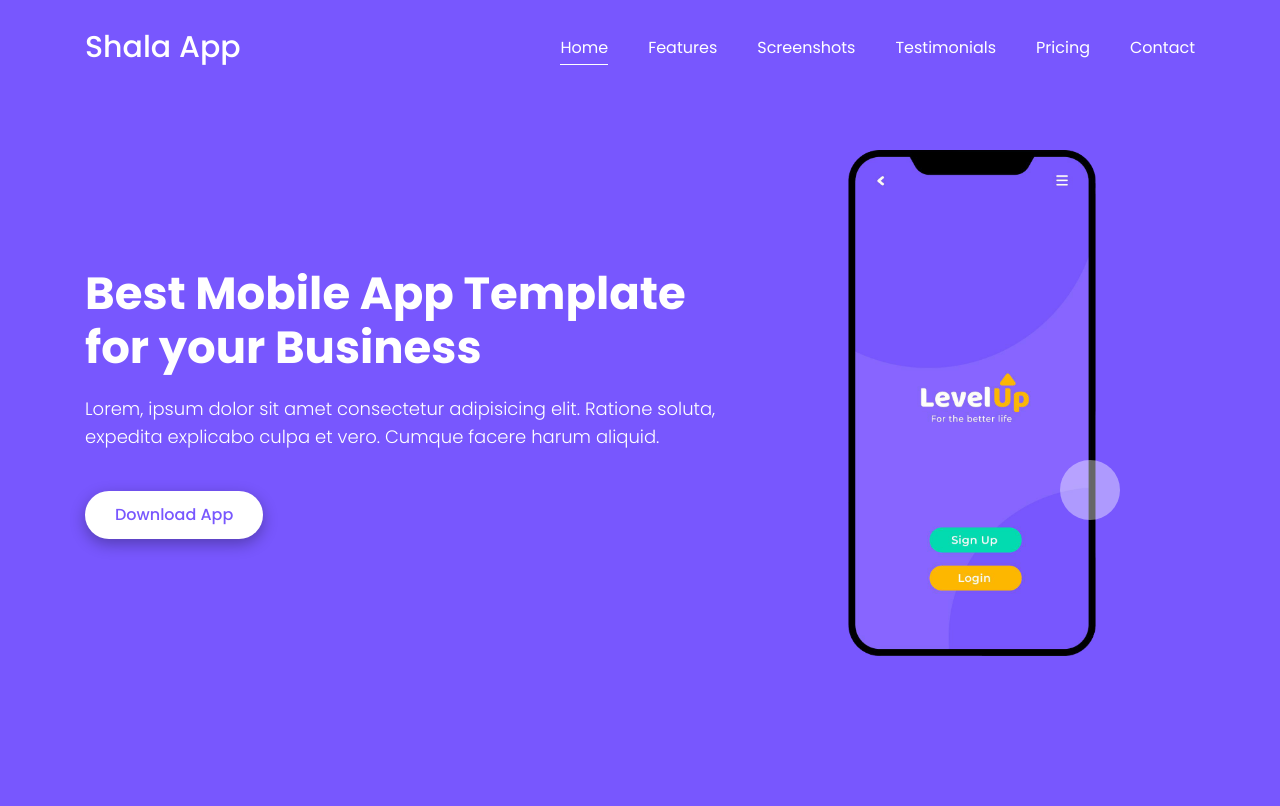
Repository: Mohamed-Hema/Shala-App
Page: index.html
An editor plug-in stored every save of this project. The page is shown before and after the next save, followed by the edit.
The browser window is 1280 px wide. The pictures show the whole page.

Above is the page before, as saved 2021-02-13 09:14:41.

### index.html
<!DOCTYPE html>
<html lang="zxx">
<head>
  <title>Shala - App Landing Page</title>
  <meta charset="utf-8">
  <meta name="viewport" content="width=device-width, initial-scale=1">
  <!-- owl carousel css -->
  <link rel="stylesheet" href="css/owl.carousel.min.css">
  <!-- font awesome icons -->
  <link rel="stylesheet" href="css/font-awesome.css">
  <!-- bootstrap css -->
  <link rel="stylesheet" href="css/bootstrap.min.css">
  <!-- main css -->
  <link rel="stylesheet" href="css/style.css">
</head>
<body>

  <!-- Start NavBar -->
  <nav class="navbar navbar-expand-md fixed-top">
    <div class="container">
      <!-- Brand -->
      <a class="navbar-brand" href="#">Shala App</a>

      <!-- Toggler/collapsibe Button -->
      <button class="navbar-toggler" type="button" data-toggle="collapse" data-target="#collapsibleNavbar">
        <span class="navbar-toggler-icon"></span>
      </button>

      <!-- Navbar links -->
      <div class="collapse navbar-collapse" id="collapsibleNavbar">
        <ul class="navbar-nav ml-auto">
          <li class="nav-item">
            <a class="nav-link active" href="#">Home</a>
          </li>
          <li class="nav-item">
            <a class="nav-link" href="#">Features</a>
          </li>
          <li class="nav-item">
            <a class="nav-link" href="#">Screenshots</a>
          </li>
          <li class="nav-item">
            <a class="nav-link" href="#">Testimonials</a>
          </li>
          <li class="nav-item">
            <a class="nav-link" href="#">Pricing</a>
          </li>
          <li class="nav-item">
            <a class="nav-link" href="#">Contact</a>
          </li>
        </ul>
      </div>
    </div>
  </nav>

  <!-- End NavBar -->
  <!-- Start Home Section -->
  <section class="home d-flex align-items-center">
    <div class="container">
      <div class="row align-items-center">
        <div class="col-md-7">
          <div class="home-text">
            <h1>Best Mobile App Template for your Business</h1>
            <p>Lorem, ipsum dolor sit amet consectetur adipisicing elit. Ratione soluta, expedita explicabo culpa et vero. Cumque facere harum aliquid.</p>
            <div class="home-btn">
              <a href="#" class="btn btn-1">Download App</a>
            </div>
          </div>
        </div>
        <div class="col-md-5 text-center">
          <div class="home-img">
            <div class="circle"></div>
            <img src="img/app-screenshots/1.png" alt="First App Screen">
          </div>
        </div>
      </div>
    </div>
  </section>
  <!-- End Home Section -->
<!-- jquery js -->
<script src="js/jquery.min.js"></script>
<!-- popper js -->
<script src="js/popper.min.js"></script>
<!-- bootstrap js -->
<script src="js/bootstrap.min.js"></script>
<!-- owl carousel js -->
<script src="js/owl.carousel.min.js"></script>
<!-- ScrollIt js -->
<script src="js/scrollIt.min.js"></script>
<!-- main js -->
<script src="js/main.js"></script>
</body>
</html>

### css/style.css
/* Start Global Styles */
@import url('https://fonts.googleapis.com/css2?family=Poppins:wght@300;400;500;600;700;800;900&display=swap');

*{
    margin: 0;
    padding: 0;
    outline: none!important;
}

:root{
    --main-color: #7857fe;
    --color-1: #e91e63;
    --color-2: #f5ae10;
    --color-3: #09d69c;
    --bg-dark: #2b2c2f;
    --main-to-dark-color: var(--main-color);
    --dark-to-main-color: var(--bg-dark);
    --shadow-black-100: 0 5px 15px rgba(0,0,0,.1);
    --shadow-black-300: 0 5px 15px rgba(0,0,0,.3);
    --black-900: #000;
    --black-400: #555555;
    --black-100: #f7f7f7;
    --black-000: #fff;
    --black-alpha-100: rgba(0,0,0,0.05);
}

body{
    font-family: 'Poppins', sans-serif;
    font-size: 16px;
    font-weight: 400;
    overflow-x: hidden;
    background-color: #fff;
    line-height: 1.5;
}
img{
    max-width: 100%;
    vertical-align: middle;
}
ul{
    list-style: none;
}
.btn-1{
    background-color: #fff;
    padding: 12px 30px;
    border: none;
    border-radius: 30px;
    color: var(--main-color);
    font-size: 16px;
    transition: all .5s ease;
    box-shadow: var(--shadow-black-300);
    font-weight: 500;
}
.btn-1:focus{
    box-shadow: var(--shadow-black-300);
}
.btn-1:hover{
    color: #fff;
    background-color: var(--main-color);
}
@keyframes spin_01{
    0%{
        transform: rotate(0deg);
    }
    100%{
        transform: rotate(360deg);
    }

}
/* End Global Styles */
/* Start Navbar */
.navbar{
    background-color: var(--main-color);
    padding: 20px 0;
}
.navbar > .container{
    padding: 0 15px;
}
.navbar .navbar-brand{
    font-size: 30px;
    color: #fff;
    font-weight: 500;
}
.navbar .nav-item{
    margin-left: 40px;
}
.navbar .nav-item .nav-link{
    color: #fff;
    font-size: 16px;
    font-weight: 400;
    padding: 5px 0;
    position: relative;
}
.navbar .nav-item .nav-link::before{
    content: '';
    position: absolute;
    left: 0;
    right: 0;
    bottom: 0;
    height: 1px;
    background-color: #fff;
    transition: all .5s ease;
    transform: scale(0);
}
.navbar .nav-item .nav-link.active::before,
.navbar .nav-item .nav-link:hover::before{
    transform: scale(1);
}
.navbar .nav-item .nav-link:hover.active::before{
    transform: scale(0);
}
/* End Navbar */
/* Start Home Section */
.home{
    min-height: 100vh;
    padding: 150px 0;
    background-color: var(--main-to-dark-color);
}
.home-text h1{
    font-size: 45px;
    font-weight: 700;
    color: #fff;
    margin: 0 0 20px;
}
.home-text p{
    font-size: 18px;
    line-height: 28px;
    color: #fff;
    margin: 0;
    font-weight: 300;
}
.home .home-btn{
    margin-top: 40px;
}
.home-img img{
    max-width: 250px;
    width: 100%;
}
.home-img{
    position: relative;
}
/* .home-img .circle{
    position: absolute;
    z-index: 1;
    height: 400px;
    width: 400px;
    border: 1px solid rgba(255, 255, 255, .2);
    border-radius: 50%;
    top: 50%;
    left: 50%;
    transform: translate(-50%, -50%);
} */
.home-img .circle::before{
    content: '';
    position: absolute;
    height: 60px;
    width: 60px;
    background-color: rgba(255, 255, 255, .4);
    border-radius: 50%;
    left: 30px;
    top: 30px;
    transform-origin: 170px 170px;
    animation: spin_01 10s linear infinite;
}

/* End Home Section */

Loaded but not shown: css/owl.carousel.min.css (library); css/font-awesome.css (library); css/bootstrap.min.css (library); js/jquery.min.js (library); js/popper.min.js (library); js/bootstrap.min.js (library); js/owl.carousel.min.js (library); js/scrollIt.min.js (common file); js/main.js (no copy from this time; the picture is the same without it)

After the next save:
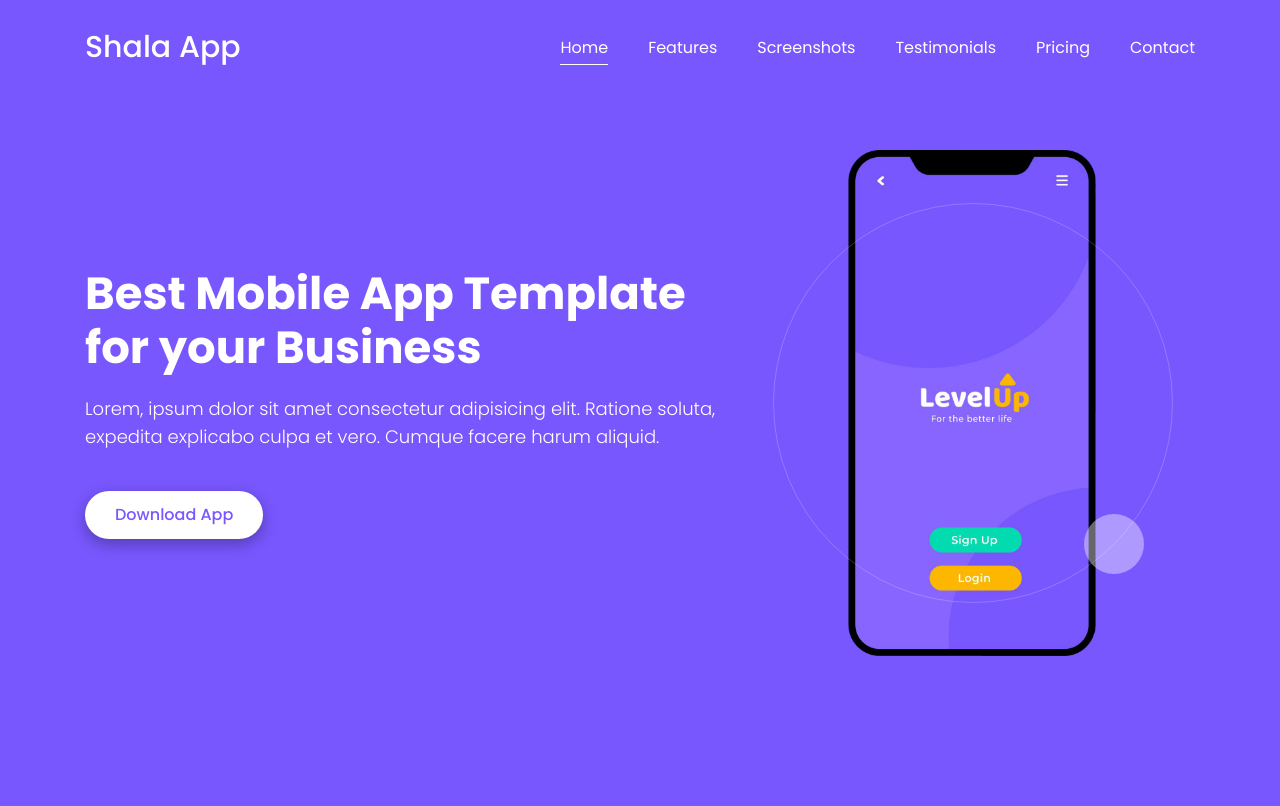
Saved 4 s later.
--- a/css/style.css
+++ b/css/style.css
@@ -138,7 +138,7 @@ ul{
 .home-img{
     position: relative;
 }
-/* .home-img .circle{
+.home-img .circle{
     position: absolute;
     z-index: 1;
     height: 400px;
@@ -148,7 +148,7 @@ ul{
     top: 50%;
     left: 50%;
     transform: translate(-50%, -50%);
-} */
+}
 .home-img .circle::before{
     content: '';
     position: absolute;
